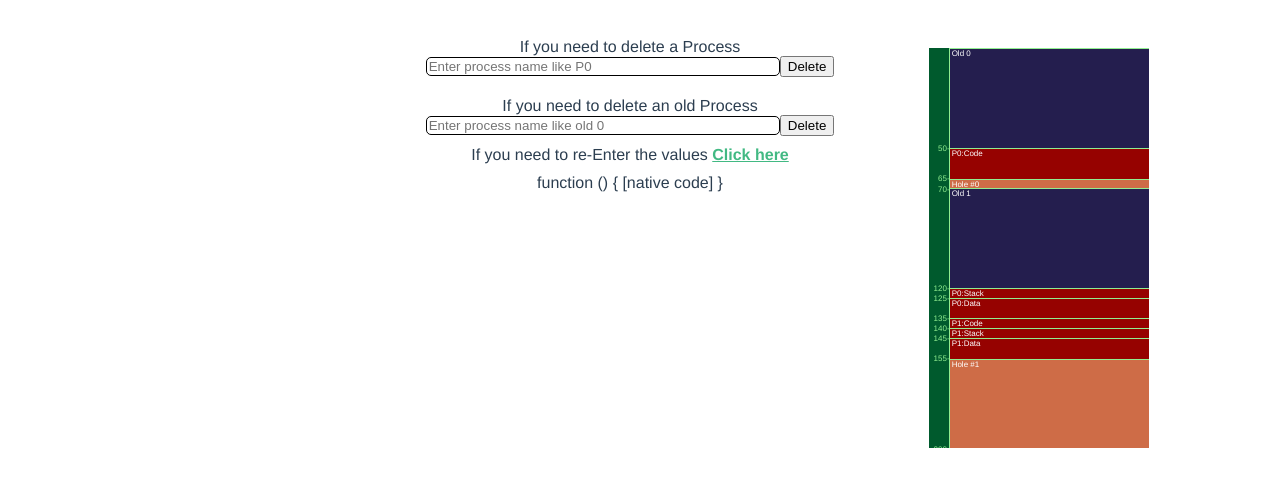
Repository: atout811/memory-allocation-project
Page: /#/final
These files come from the project's save history. The page is drawn as it stood at one moment and after the next save; the edit follows.
The browser window is 1280 px wide. The pictures show the whole page.
The project was rebuilt for these pictures with package versions that can differ from the ones it lists, and the page was loaded fresh each time. Also part of the build but not shown: src/views/MemoryAndHoles.vue, src/views/Process.vue, src/views/Methods.vue.

Above is the page before, as saved 2021-06-10 19:48:24.

After the next save:
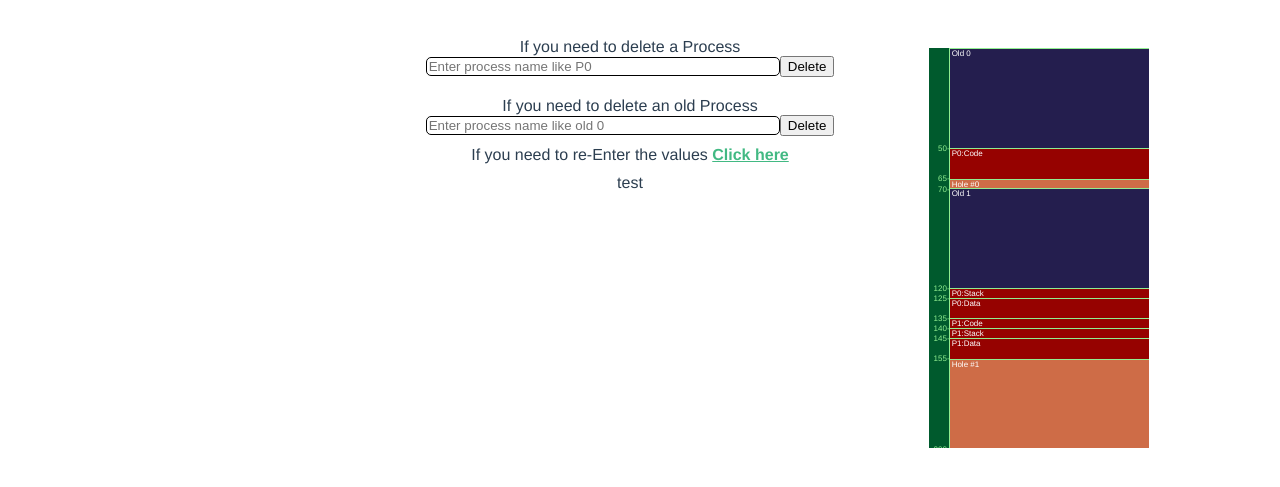
Saved 11 s later.
--- a/src/views/Final.vue
+++ b/src/views/Final.vue
@@ -34,7 +34,7 @@
           If you need to re-Enter the values
           <router-link to="/"> Click here </router-link>
         </div>
-        {{ waitingProcess }}
+        {{ waitingProcess() }}
       </div>
     </div>
     <div class="mem">
